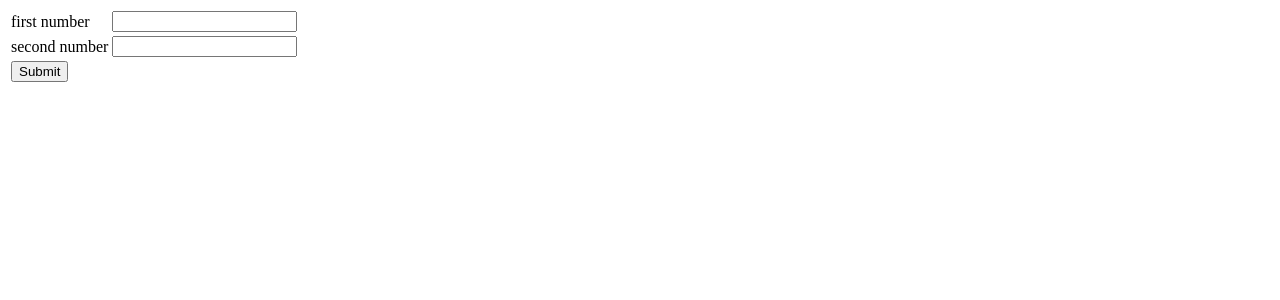
Repository: Aishwarya6362/J2EE
Page: Addition/src/main/webapp/index.html
These files come from the project's save history. The page is drawn as it stood at one moment and after the next save; the edit follows.
The browser window is 1280 px wide. The pictures show the whole page.

Above is the page before, as saved 2024-10-09 10:33:36.

After the next save:
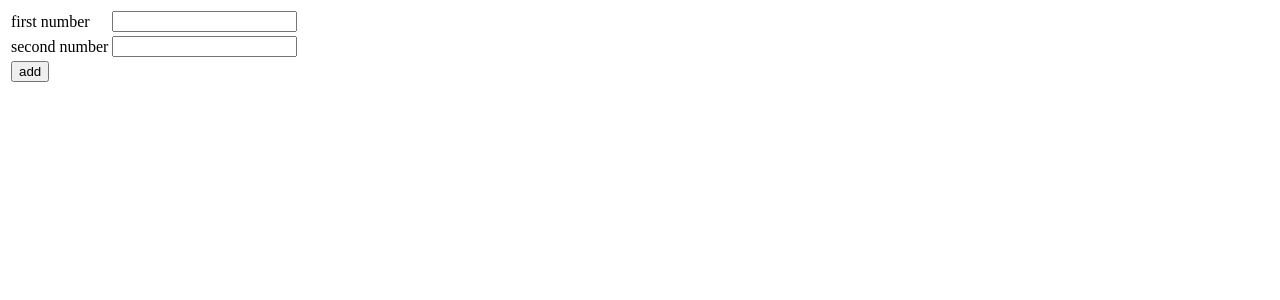
Saved 5 s later.
--- a/Addition/src/main/webapp/index.html
+++ b/Addition/src/main/webapp/index.html
@@ -16,7 +16,7 @@
 		<td><input type="text" name="secondNumber"/></td>
 		</tr>
 		<tr>
-		<td><input type="submit" name="Add" /></td>
+		<td><input type="submit" name="Add" value="add"/></td>
 		</tr>
 	</form>
 </table>
